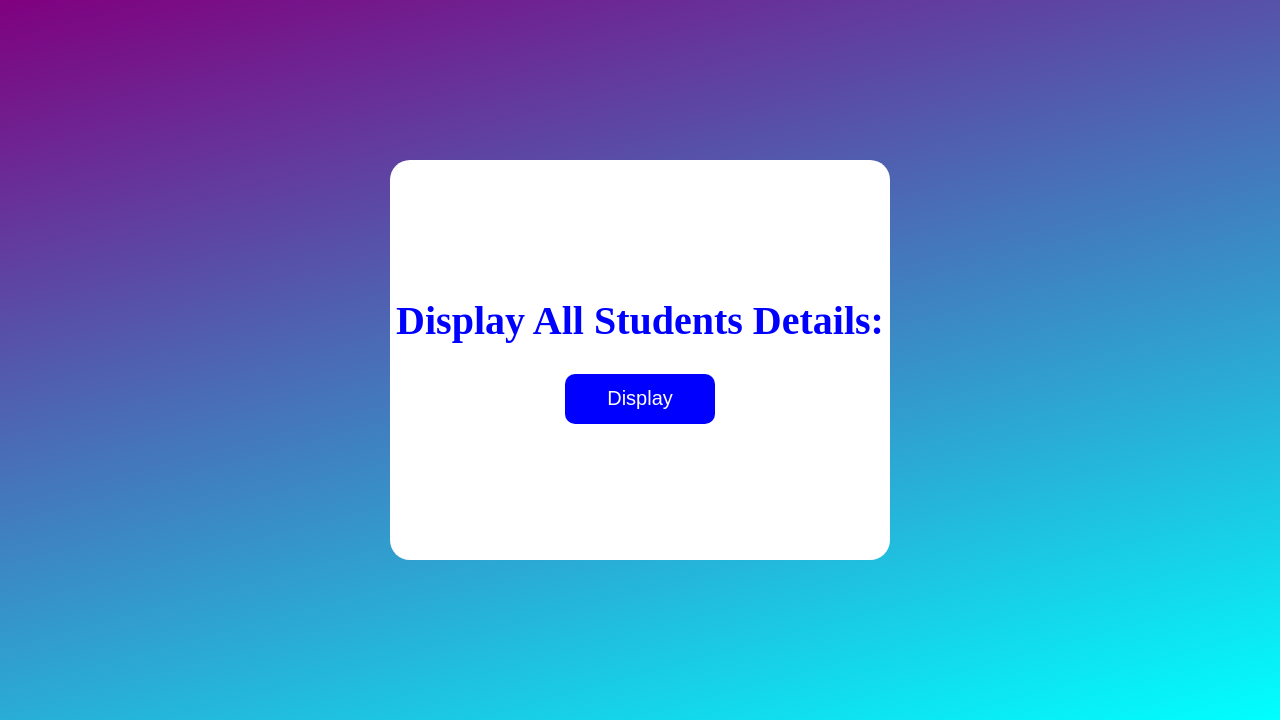
Repository: Dhirajkumar02/Advance-Java--J2EE-
Page: http://localhost/ServletProject_Student-Management-System/DisplayStudent.jsp
The author's editor kept a copy of each file at every save. The page is drawn from the files as they stood at one save, then again after the next save.
The browser window is 1280 px wide. The pictures show the whole page.
The page is served by Tomcat 9.

Above is the page before, as saved 2024-11-16 18:23:11.

After the next save:
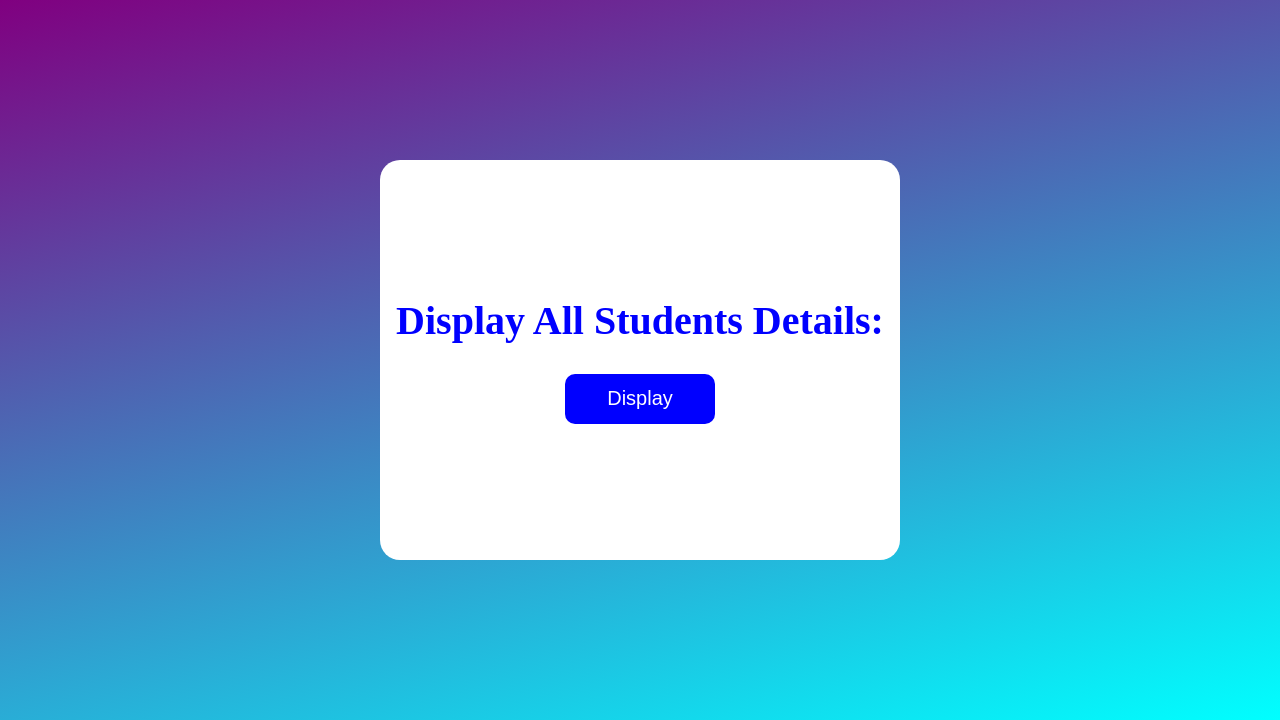
Saved 2 min 34 s later.
--- a/ServletProject_Student-Management-System/src/main/webapp/DisplayStudent.jsp
+++ b/ServletProject_Student-Management-System/src/main/webapp/DisplayStudent.jsp
@@ -23,7 +23,7 @@ form {
 /*   border: 2px solid black; */
   background: #fff;
   height: 400px;
-  width: 500px;
+  width: 520px;
   display: flex;
   justify-content: center;
   align-items: center;
